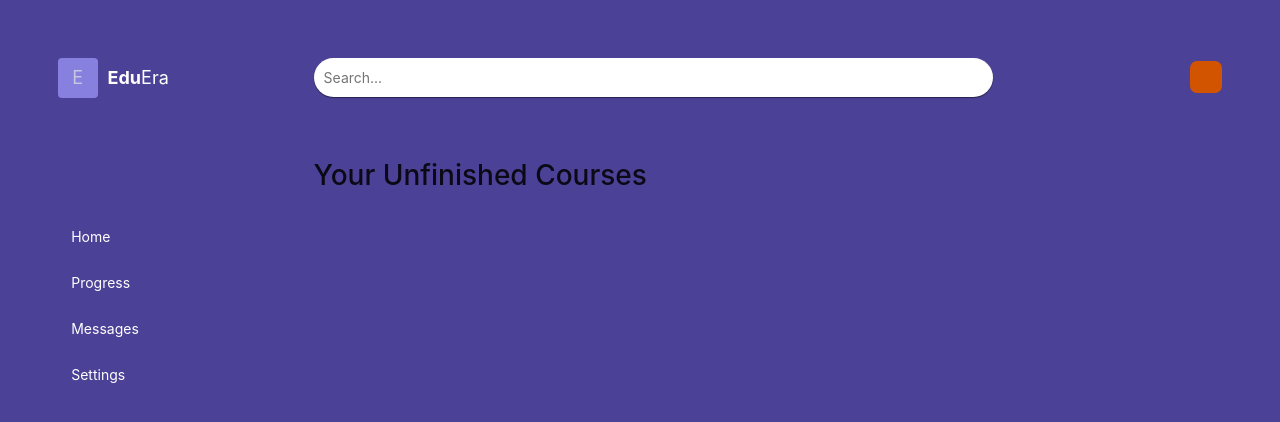
Repository: huynhnt1406/coursestorage
Page: / (app in coursestorage/)
An editor plug-in stored every save of this project. The page is shown before and after the next save, followed by the edit.
The browser window is 1280 px wide. The pictures show the whole page.
The project was rebuilt for these pictures with package versions that can differ from the ones it lists, and the page was loaded fresh each time.

Above is the page before, as saved 2021-05-01 17:10:28.

### coursestorage/src/main.js
import Vue from 'vue'
import App from './App.vue'
import 'ant-design-vue/dist/antd.css'
import Antd from 'ant-design-vue';
Vue.config.productionTip = false
Vue.use(Antd);
new Vue({
  render: h => h(App),
}).$mount('#app')

### coursestorage/src/App.vue
<template>
  <div class="container">
    <div class="sidebar">
      <Sidebar/>
    </div>
    <div class="main">
      <SearchBar/>
      <VideoList/>
    </div>
  </div>
</template>

<script>
import Sidebar from './components/Sidebar'
import SearchBar from './components/SearchBar'
import VideoList from './components/VideoList'
export default {
  components:{
    Sidebar,
    SearchBar,
    VideoList
  }
}
</script>

<style>
*{
  margin:0
}
.container{
  background-color:#4b4196;
  min-height: 100vh;
  display: flex;
}
.main{
  flex:0.8;
}
</style>

### coursestorage/src/components/Sidebar.vue
<template>
  <div class="sidebar">
      <div class="sidebar-header">
          <a-avatar shape="square" size="large" style="backgroundColor:#a29bfe ; opacity:0.7 ; marginRight:10px">E</a-avatar>
          <span><strong>Edu</strong>Era</span>
      </div>
      <div class="sidebar-links">
          <div class="link">
              <a-icon style="color:#a29bfe ; opacity:0.7" type="appstore"/>
              <span>Home</span>
          </div>
           <div class="link">
               <a-icon style="color:#a29bfe ; opacity:0.7" type="bar-chart" />
              <span>Progress</span>
          </div>
           <div class="link">
               <a-icon style="color:#a29bfe ; opacity:0.7" type="message" />
                <span>Messages</span>
          </div>
           <div class="link">
                <a-icon style="color:#a29bfe ; opacity:0.7" type="setting" />
              <span>Settings</span>
          </div>
      </div>
  </div>
</template>

<script>
export default {

}
</script>

<style>
.sidebar{
    flex:0.2;
    background-color:#4b4196;
}
.sidebar-header{
    display: flex;
    align-items: center;
    padding:8vh 0 8vh 8vh
}
.sidebar-header span{
    color:white;
    font-size: large;
}
.sidebar-links{
    padding:8.5vh;
}
.link{
    display: flex;
    margin-bottom:5px;
    align-items: center;
    padding:10px 0 10px 0;
    color:white;
}
.link span{
    margin-left:10px;
}
.link:hover{
    color:#d35400;
    cursor: pointer;
}
</style>

### coursestorage/src/components/SearchBar.vue
<template>
  <div class="searchbar">
    <div class="search-tool">
        <a-icon type="search"  />
        <input type="text" placeholder="Search..." >
    </div>
    <div class="icons">
        <a-avatar shape="square" icon="user" type="user" style="color:black ;backgroundColor:transparent; border-radius:7px "  />
        <a-avatar shape="square" style="backgroundColor:#d35400 ;border-radius:7px " icon="fire" />
    </div>
  </div>
</template>

<script>
export default {

}
</script>

<style>
.searchbar{
    padding:8vh;
    display: flex;
    justify-content: space-between;
    align-items: center;
    flex:1;
}
.search-tool {
    background-color: white;
    box-shadow: 0 1px 1px rgba(0,0,0,.5);
    padding:8px;
    flex:0.8;
    border-radius: 20px;
}
.search-tool input{
    width: 90%;
    background-color: transparent;
    border:none;
    outline:none;
}
</style>

### coursestorage/src/components/VideoList.vue
<template>
    <div class="videolist">
        <h1>Your Unfinished Courses</h1>
    </div>
</template>

<script>
export default {

}
</script>

<style>
.videolist{
    color:white;
    margin-left:8vh;
    margin-right: 8vh;
}
</style>

Loaded but not shown: coursestorage/public/index.html (common file)

After the next save:
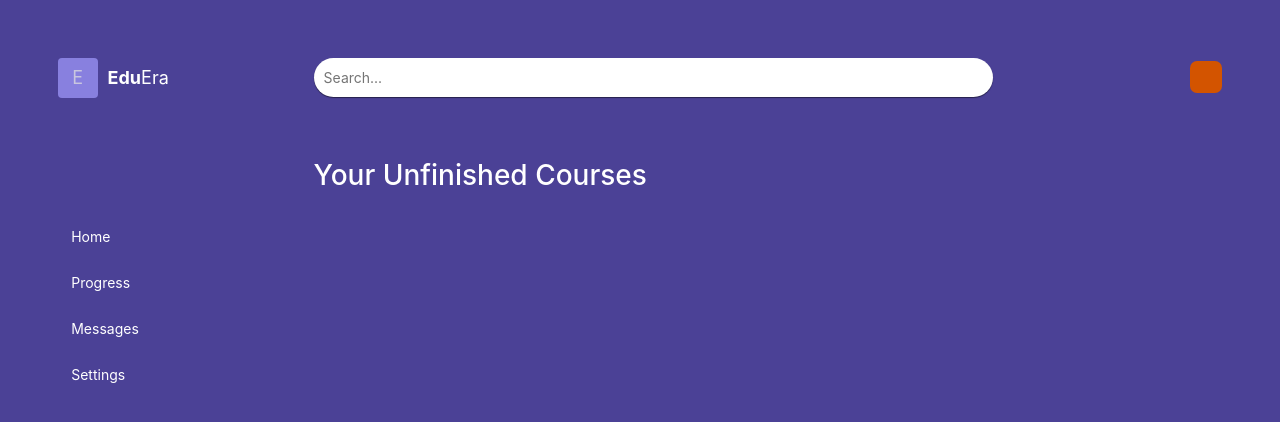
Saved 22 s later.
--- a/coursestorage/src/components/VideoList.vue
+++ b/coursestorage/src/components/VideoList.vue
@@ -12,8 +12,10 @@
 
 <style>
 .videolist{
-    color:white;
     margin-left:8vh;
     margin-right: 8vh;
 }
+.videolist h1{
+    color:white;
+}
 </style>
